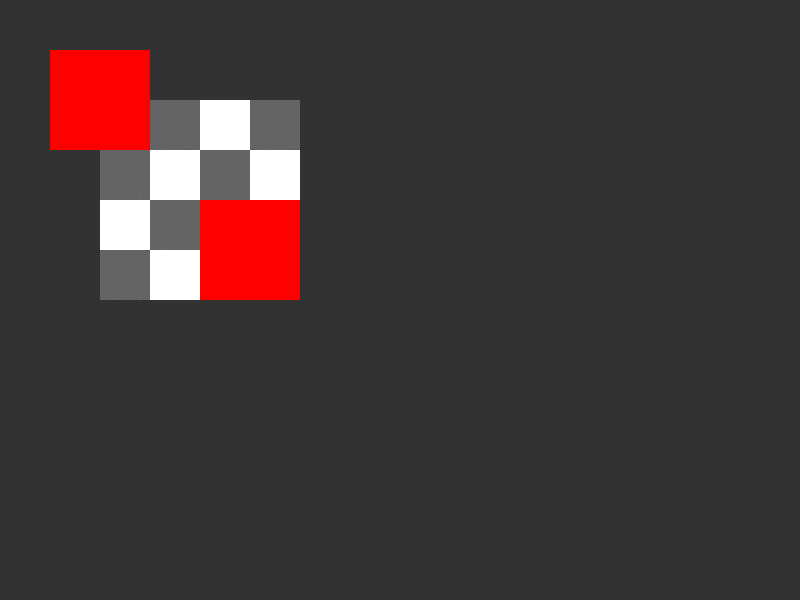
Repository: a-longe/capstone
Script's output: python engine/drag_n_drop_test.py
An editor plug-in stored every save of this project. The script's output is shown before and after the next save, followed by the edit.
The window is shown after at most 60 frames with no key pressed. Random numbers start from a fixed seed. It also reads engine/images/btile.png, engine/images/wtile.png.

Above is the script's output before, as saved 2023-12-04 13:58:16.

### engine/drag_n_drop_test.py
import os,sys
import pygame as pg

WINDOW_WIDTH = 600
WINDOW_HEIGHT = 600

SQUARE_SIZE = 50

BOARD_SIZE = 4

BG_COLOR = (50, 50, 50)

a8, a7, a6, a5, a4, a3, a2, a1 = (100, 100), (100, 150), (100, 200), (100, 250), (100, 300), (100, 350), (100, 400), (100, 450)
b8, b7, b6, b5, b4, b3, b2, b1 = (150, 100), (150, 150), (150, 200), (150, 250), (150, 300), (150, 350), (150, 400), (150, 450)
c8, c7, c6, c5, c4, c3, c2, c1 = (200, 100), (200, 150), (200, 200), (200, 250), (200, 300), (200, 350), (200, 400), (200, 450)
d8, d7, d6, d5, d4, d3, d2, d1 = (250, 100), (250, 150), (250, 200), (250, 250), (250, 300), (250, 350), (250, 400), (250, 450)
e8, e7, e6, e5, e4, e3, e2, e1 = (300, 100), (300, 150), (300, 200), (300, 250), (300, 300), (300, 350), (300, 400), (300, 450)
f8, f7, f6, f5, f4, f3, f2, f1 = (350, 100), (350, 150), (350, 200), (350, 250), (350, 300), (350, 350), (350, 400), (350, 450)
g8, g7, g6, g5, g4, g3, g2, g1 = (400, 100), (400, 150), (400, 200), (400, 250), (400, 300), (400, 350), (400, 400), (400, 450)
h8, h7, h6, h5, h4, h3, h2, h1 = (450, 100), (450, 150), (450, 200), (450, 250), (450, 300), (450, 350), (450, 400), (450, 450)

BOARD_RECT = (
    (a8, b8, c8, d8, e8, f8, g8, h8),
    (a7, b7, c7, d7, e7, f7, g7, h7),
    (a6, b6, c6, d6, e6, f6, g6, h6),
    (a5, b5, c5, d5, e5, f5, g5, h5),
    (a4, b4, c4, d4, e4, f4, g4, h4),
    (a3, b3, c3, d3, e3, f3, g3, h3),
    (a2, b2, c2, d2, e2, f2, g2, h2),
    (a1, b1, c1, d1, e1, f1, g1, h1)
)


IMAGE_DIR = os.path.join(os.path.dirname(os.path.abspath(__file__)), 'images')

w_tile_img = pg.image.load(os.path.join(IMAGE_DIR, 'wtile.png'))
b_tile_img = pg.image.load(os.path.join(IMAGE_DIR, 'btile.png'))

def is_odd(num:int) -> bool:
    return num % 2 != 0

def create_checkerboard() -> pg.Surface:
    checkerboard = pg.display.set_mode((WINDOW_WIDTH, WINDOW_HEIGHT))
    checkerboard.fill(BG_COLOR)
    for i in range(1, BOARD_SIZE + 1):
        for j in range(1, BOARD_SIZE + 1):
            if is_odd(i):
                if is_odd(j):
                    checkerboard.blit(w_tile_img, BOARD_RECT[i - 1][j - 1])
                else:
                    checkerboard.blit(b_tile_img, BOARD_RECT[i - 1][j - 1])
            elif not is_odd(i):
                if is_odd(j):
                    checkerboard.blit(b_tile_img, BOARD_RECT[i - 1][j - 1])
                else:
                    checkerboard.blit(w_tile_img, BOARD_RECT[i - 1][j - 1])
    return checkerboard

EMPTY_BOARD_SURFACE = create_checkerboard()

class Player:
    # A Player object needs to know about the Board because its behaviour
    # depends on the location of other Player objects--only the Board knows
    # about them--that's why Board is an argument. It also needs to know its
    # dimensions, so we pass them in rect
    def __init__(self, Board, rect):
        self.board = Board
        self.rect = pg.Rect(rect)
        self.previous_center = self.rect.center
        # a Player object has a click attribute that is true if the
        # left mouse button is down and on top of the Player
        self.click = False
        self.image = pg.Surface(self.rect.size).convert()
        self.image.fill((255,0,0))
    # Check that the player has been selected and that the mouse will
    # not cause the player to bleed out of bounds.

    # To deal with collisions, save current position, and then move
    # the player to the mouse position. If there is a collision, then
    # move the rectangle back to the previous position.

    # Regardless, draw the player
    def update(self):
        if (self.click and self.board.mouse_inside_bounds()):
            self.previous_center = self.rect.center
            self.rect.center = pg.mouse.get_pos()
            # Ask the board if self (the player) will collide
            if self.board.collisions(self):
                self.rect.center = self.previous_center
        self.board.surface.blit(self.image,self.rect)

class Board:
    # Each position corresponds to the arguments needed to instantiate
    # the PyGame.Rect class: (x, y, width, height) corresponding to a player

    # The Board class updates itself by asking the players to paint themselves.

    # It has a number of methods that exist so other parts of the program can
    # inquire about the current state of the board
    def __init__(self, positions):
        self.surface = pg.display.set_mode((1000, 600))
        self.players = []
        for pos in positions:
            self.players.append(Player(self, pos))
    def clear_surface(self):
        self.surface.blit(create_checkerboard(),(0,0))
    def get_players(self):
        return self.players
    def mouse_inside_bounds(self):
        # hard-coded numbers should be fixed
        x, y = pg.mouse.get_pos()
        return (x > 51 and x < 949 and y > 51 and y < 549)
    def collisions(self, a_player):
        rects = [player.rect for player in self.get_players()]
        target_rects = [rect for rect in rects if rect != a_player.rect]
        return a_player.rect.collidelistall(target_rects)
    def update_board(self):
        self.clear_surface()
        for player in self.get_players():
            player.update()

def main(Board):
    # listen for events and update board in response to them
    game_event_loop(Board)
    Board.update_board()

# Notice that the event loop has been given its own function. This makes
# the program easier to understand.
def game_event_loop(Board):
    for event in pg.event.get():
        if event.type == pg.MOUSEBUTTONDOWN:
            for player in Board.get_players():
                # The event positions is the mouse coordinates
                if player.rect.collidepoint(event.pos):
                    player.click = True
        elif event.type == pg.MOUSEBUTTONUP:
            for player in Board.get_players():
                player.click = False
        elif event.type == pg.QUIT:
            pg.quit(); sys.exit()

if __name__ == "__main__":
    os.environ['SDL_VIDEO_CENTERED'] = '1'
    pg.init()
    EMPTY_BOARD_SURFACE = create_checkerboard()
    MyBoard = Board([(50, 50, 100, 100),
                     (200, 200, 100, 100)])
    MyClock = pg.time.Clock()

    while True:
        main(MyBoard)
        pg.display.update()
        MyClock.tick(60)

After the next save:
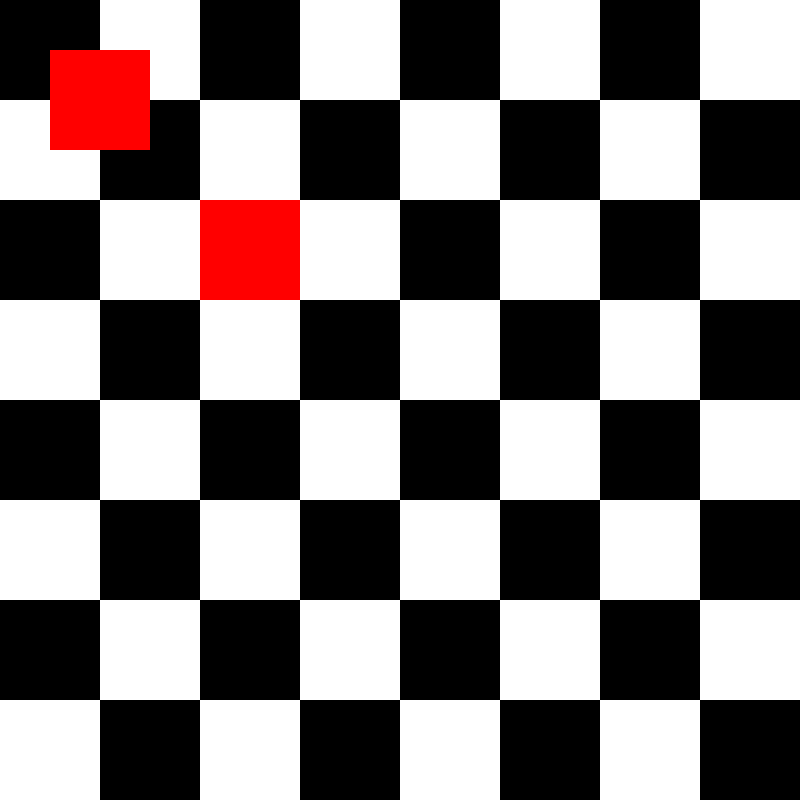
Saved 45 h 12 min later.
--- a/engine/drag_n_drop_test.py
+++ b/engine/drag_n_drop_test.py
@@ -1,62 +1,21 @@
 import os,sys
 import pygame as pg
 
-WINDOW_WIDTH = 600
-WINDOW_HEIGHT = 600
+def is_even(n):
+    return 0 == n % 2
 
-SQUARE_SIZE = 50
+def is_odd(n):
+    return 1 == n % 2
 
-BOARD_SIZE = 4
+def black_square(surface, image, rect):
+    image.fill((0, 0, 0))
+    surface.blit(image, rect)
 
-BG_COLOR = (50, 50, 50)
+def white_square(surface, image, rect):
+    image.fill((255, 255, 255))
+    surface.blit(image, rect)
 
-a8, a7, a6, a5, a4, a3, a2, a1 = (100, 100), (100, 150), (100, 200), (100, 250), (100, 300), (100, 350), (100, 400), (100, 450)
-b8, b7, b6, b5, b4, b3, b2, b1 = (150, 100), (150, 150), (150, 200), (150, 250), (150, 300), (150, 350), (150, 400), (150, 450)
-c8, c7, c6, c5, c4, c3, c2, c1 = (200, 100), (200, 150), (200, 200), (200, 250), (200, 300), (200, 350), (200, 400), (200, 450)
-d8, d7, d6, d5, d4, d3, d2, d1 = (250, 100), (250, 150), (250, 200), (250, 250), (250, 300), (250, 350), (250, 400), (250, 450)
-e8, e7, e6, e5, e4, e3, e2, e1 = (300, 100), (300, 150), (300, 200), (300, 250), (300, 300), (300, 350), (300, 400), (300, 450)
-f8, f7, f6, f5, f4, f3, f2, f1 = (350, 100), (350, 150), (350, 200), (350, 250), (350, 300), (350, 350), (350, 400), (350, 450)
-g8, g7, g6, g5, g4, g3, g2, g1 = (400, 100), (400, 150), (400, 200), (400, 250), (400, 300), (400, 350), (400, 400), (400, 450)
-h8, h7, h6, h5, h4, h3, h2, h1 = (450, 100), (450, 150), (450, 200), (450, 250), (450, 300), (450, 350), (450, 400), (450, 450)
-
-BOARD_RECT = (
-    (a8, b8, c8, d8, e8, f8, g8, h8),
-    (a7, b7, c7, d7, e7, f7, g7, h7),
-    (a6, b6, c6, d6, e6, f6, g6, h6),
-    (a5, b5, c5, d5, e5, f5, g5, h5),
-    (a4, b4, c4, d4, e4, f4, g4, h4),
-    (a3, b3, c3, d3, e3, f3, g3, h3),
-    (a2, b2, c2, d2, e2, f2, g2, h2),
-    (a1, b1, c1, d1, e1, f1, g1, h1)
-)
-
-
-IMAGE_DIR = os.path.join(os.path.dirname(os.path.abspath(__file__)), 'images')
-
-w_tile_img = pg.image.load(os.path.join(IMAGE_DIR, 'wtile.png'))
-b_tile_img = pg.image.load(os.path.join(IMAGE_DIR, 'btile.png'))
-
-def is_odd(num:int) -> bool:
-    return num % 2 != 0
-
-def create_checkerboard() -> pg.Surface:
-    checkerboard = pg.display.set_mode((WINDOW_WIDTH, WINDOW_HEIGHT))
-    checkerboard.fill(BG_COLOR)
-    for i in range(1, BOARD_SIZE + 1):
-        for j in range(1, BOARD_SIZE + 1):
-            if is_odd(i):
-                if is_odd(j):
-                    checkerboard.blit(w_tile_img, BOARD_RECT[i - 1][j - 1])
-                else:
-                    checkerboard.blit(b_tile_img, BOARD_RECT[i - 1][j - 1])
-            elif not is_odd(i):
-                if is_odd(j):
-                    checkerboard.blit(b_tile_img, BOARD_RECT[i - 1][j - 1])
-                else:
-                    checkerboard.blit(w_tile_img, BOARD_RECT[i - 1][j - 1])
-    return checkerboard
-
-EMPTY_BOARD_SURFACE = create_checkerboard()
+square_coords = [[i, j] for i in range(0,800, 100) for j in range (0,800, 100)]
 
 class Player:
     # A Player object needs to know about the Board because its behaviour
@@ -98,12 +57,12 @@ class Board:
     # It has a number of methods that exist so other parts of the program can
     # inquire about the current state of the board
     def __init__(self, positions):
-        self.surface = pg.display.set_mode((1000, 600))
+        self.surface = pg.display.set_mode((800, 800))
         self.players = []
         for pos in positions:
             self.players.append(Player(self, pos))
     def clear_surface(self):
-        self.surface.blit(create_checkerboard(),(0,0))
+        self.surface.fill(0)
     def get_players(self):
         return self.players
     def mouse_inside_bounds(self):
@@ -114,8 +73,24 @@ class Board:
         rects = [player.rect for player in self.get_players()]
         target_rects = [rect for rect in rects if rect != a_player.rect]
         return a_player.rect.collidelistall(target_rects)
+    def display_grid(self):
+        # print("I should be displaying...")
+        for x,y in square_coords:
+            row = x / 100
+            column = y / 100
+            rect = pg.Rect([x, y, 100, 100])
+            image = pg.Surface(rect.size).convert()
+            if is_odd(row) and is_odd(column):
+                black_square(self.surface, image, rect)
+            elif is_odd(row) and is_even(column):
+                white_square(self.surface, image, rect)
+            elif is_even(row) and is_even(column):
+                black_square(self.surface, image, rect)
+            else:
+                white_square(self.surface, image, rect)
     def update_board(self):
         self.clear_surface()
+        self.display_grid()
         for player in self.get_players():
             player.update()
 
@@ -142,11 +117,9 @@ def game_event_loop(Board):
 if __name__ == "__main__":
     os.environ['SDL_VIDEO_CENTERED'] = '1'
     pg.init()
-    EMPTY_BOARD_SURFACE = create_checkerboard()
     MyBoard = Board([(50, 50, 100, 100),
                      (200, 200, 100, 100)])
     MyClock = pg.time.Clock()
-
     while True:
         main(MyBoard)
         pg.display.update()
